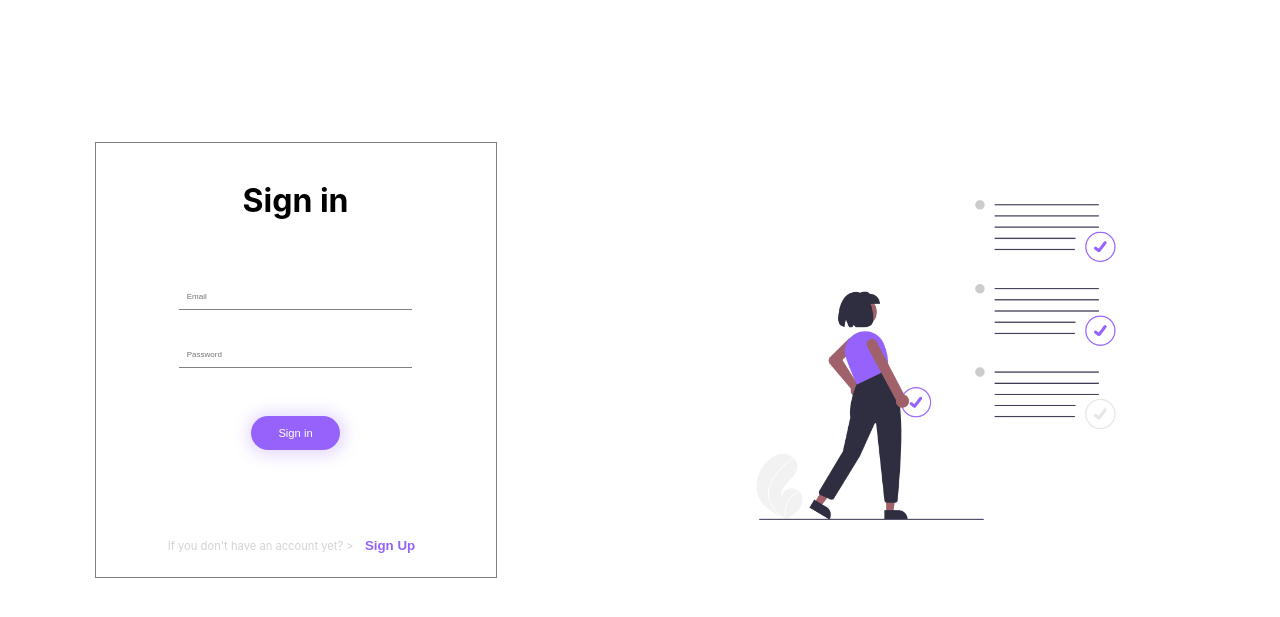
Repository: EEOOOO/wanted-pre-onboarding-fe
Page: / (app in to-do-list-app/)
An editor plug-in stored every save of this project. The page is shown before and after the next save, followed by the edit.
The browser window is 1280 px wide. The pictures show the whole page.
The project was rebuilt for these pictures with package versions that can differ from the ones it lists, and the page was loaded fresh each time. Also part of the build but not shown: to-do-list-app/src/components/sign_up/sign_up.module.css, to-do-list-app/src/components/sign_up/sign_up.jsx, to-do-list-app/src/components/todoList/todo_list.jsx.

Above is the page before, as saved 2022-08-22 00:48:35.

### to-do-list-app/public/index.html
<!DOCTYPE html>
<html lang="en">
  <head>
    <meta charset="utf-8" />
    <link rel="icon" href="%PUBLIC_URL%/logo.png" />
    <meta name="viewport" content="width=device-width, initial-scale=1" />
    <meta name="theme-color" content="#000000" />
    <meta
      name="description"
      content="Web site created using create-react-app"
    />
    <link rel="apple-touch-icon" href="%PUBLIC_URL%/logo.png" />
    <link rel="manifest" href="%PUBLIC_URL%/manifest.json" />
    <title>Todo List App</title>
  </head>
  <body>
    <div id="root"></div>
  </body>
</html>

### to-do-list-app/src/App.js
import style from './app.module.css';
import { Routes, Route } from 'react-router-dom'
import Login from './components/login/login';
import TodoList from './components/todoList/todo_list';

function App() {
  return <div className={style.App}>
    <Routes>
      <Route path="/" element={<Login/>}></Route>
      <Route path="todo" element={<TodoList/>}></Route>
    </Routes>
  </div>
}

export default App;

### to-do-list-app/src/components/login/login.jsx
import React, { useState } from 'react';
import SignIn from '../sign_in/sign_in';
import SignUp from '../sign_up/sign_up';
import style from '../login/login.module.css';
import loginImage from '../login/login_img.png';

const Login = (props) => {
    const goTosignUp = () => {
        setViewableScreen(<SignUp/>)
    }
    const signIn = <SignIn goToSignUp={goTosignUp}/>
    let [viewableScreen, setViewableScreen] = useState(signIn);
    return (
        <div className={style.login}>
            <div className={style.inputContainer}>{viewableScreen}</div>
            <img src={loginImage} className={style.coverImage}/>
        </div>
    )
}

export default Login;

### to-do-list-app/src/components/sign_in/sign_in.jsx
import React from 'react';
import LoginInputForm from '../login_input_form/login_input_form';
import style from '../sign_in/sign_in.module.css'

const SignIn = ({goToSignUp}) => {
    const handleSignInSubmit = (event) => {
        //event.preventDefault();
        console.log(event);
    }
    return(
        <div className={style.signIn}>
            <h1>Sign in</h1>
            <LoginInputForm handleSubmit={handleSignInSubmit} submitContent={'Sign in'}/>
            <span className={style.signUpText}>If you don't have an account yet? &gt; </span>
            <button className={style.signUpButton} onClick={goToSignUp}>Sign Up</button>
        </div>
    )
}

export default SignIn;

### to-do-list-app/src/components/login/login.module.css
.login {
  display: flex;
  height: 100vh;
  justify-content: space-around;
  align-items: center;
}
.inputContainer {
  width: 50%;
  border: 1px solid gray;
  min-width: 235px;
  max-width: 400px;
}
.coverImage {
  width: 50%;
  min-width: 235px;
  max-width: 500px;
}

### to-do-list-app/src/components/login_input_form/login_input_form.jsx
import React from 'react';
import style from '../login_input_form/login_input_form.module.css';
const LoginInputForm = ({handleSubmit, submitContent}) => {
    return (
    <form className={style.inputForm} onSubmit={handleSubmit}>
        <div className={style.email}>
            <input
            type="text"
            className={style.inputEmail}
            placeholder='Email'></input>
        </div>
        <div className={style.password}>
            <input
            type="text"
            className={style.inputPassWord}
            placeholder='Password'></input>
        </div>
        <button type="submit" className={style.submitButton}>{submitContent}</button>
    </form>
    );
};

export default LoginInputForm;

### to-do-list-app/src/components/sign_in/sign_in.module.css
.signIn {
  padding: 1rem;
}
.signUpText {
  color: lightGrey;
  font-size: 0.7rem;
}
.signUpButton {
  background-color: transparent;
  border: none;
  padding: 0.5rem;
  color: rgb(149, 99, 251);
  font-weight: 600;
}

### to-do-list-app/src/components/login_input_form/login_input_form.module.css
.inputForm {
  margin: 3rem;
}
.email,
.password {
  display: flex;
  flex-direction: column;
  align-items: center;
}
input {
  width: 80%;
  font-size: 0.5rem;
  padding: 0.5rem;
  margin: 1rem;
  border: none;
  border-bottom: 0.5px solid gray;
}
.submitButton {
  background-color: rgb(149, 99, 251);
  font-size: 0.7rem;
  color: white;
  border: none;
  padding: 0.7rem 1.7rem;
  border-radius: 17px;
  margin: 2rem 1rem;
  -webkit-box-shadow: 1px 1px 15px 5px rgba(149, 99, 251, 0.23);
  box-shadow: 1px 1px 15px 5px rgba(149, 99, 251, 0.23);
  cursor: pointer;
  transition: transform 200ms ease-in;
}
.submitButton:hover {
  transform: scale(1.05);
}

Loaded but not shown: to-do-list-app/src/index.js (common file); to-do-list-app/src/index.css (common file); to-do-list-app/src/reportWebVitals.js (common file); to-do-list-app/src/app.module.css (common file)

After the next save:
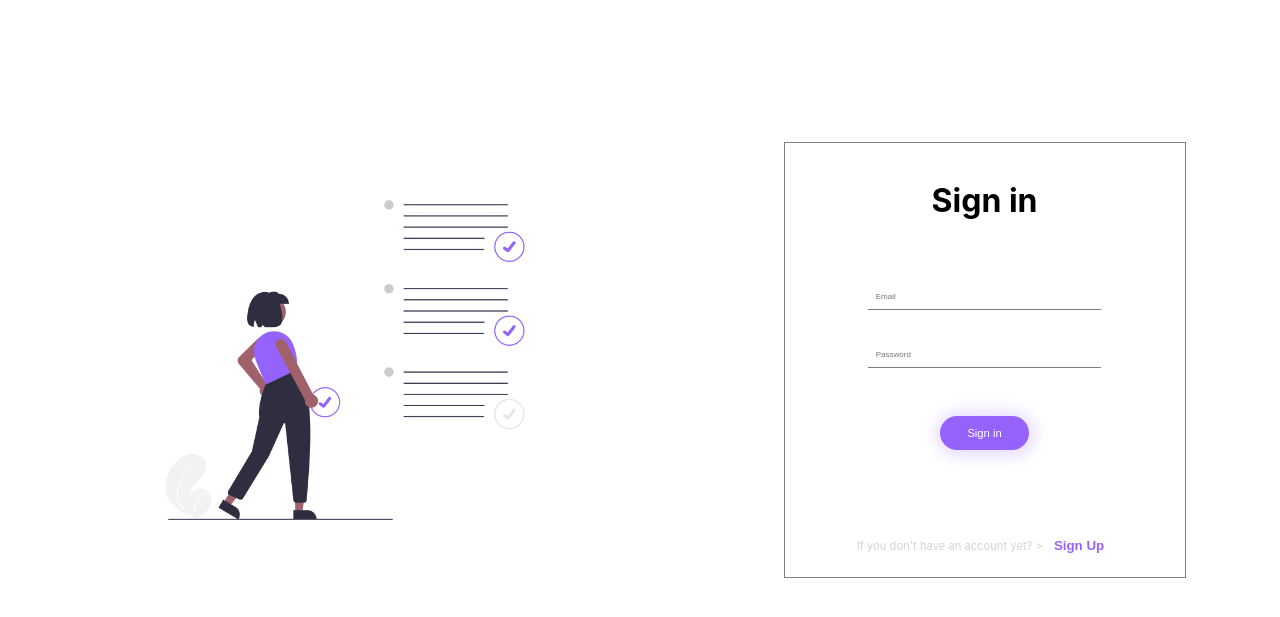
Saved 2 min 1 s later.
--- a/to-do-list-app/src/components/login/login.jsx
+++ b/to-do-list-app/src/components/login/login.jsx
@@ -12,8 +12,8 @@ const Login = (props) => {
     let [viewableScreen, setViewableScreen] = useState(signIn);
     return (
         <div className={style.login}>
+            <img src={loginImage} className={style.coverImage}/>
             <div className={style.inputContainer}>{viewableScreen}</div>
-            <img src={loginImage} className={style.coverImage}/>
         </div>
     )
 }
